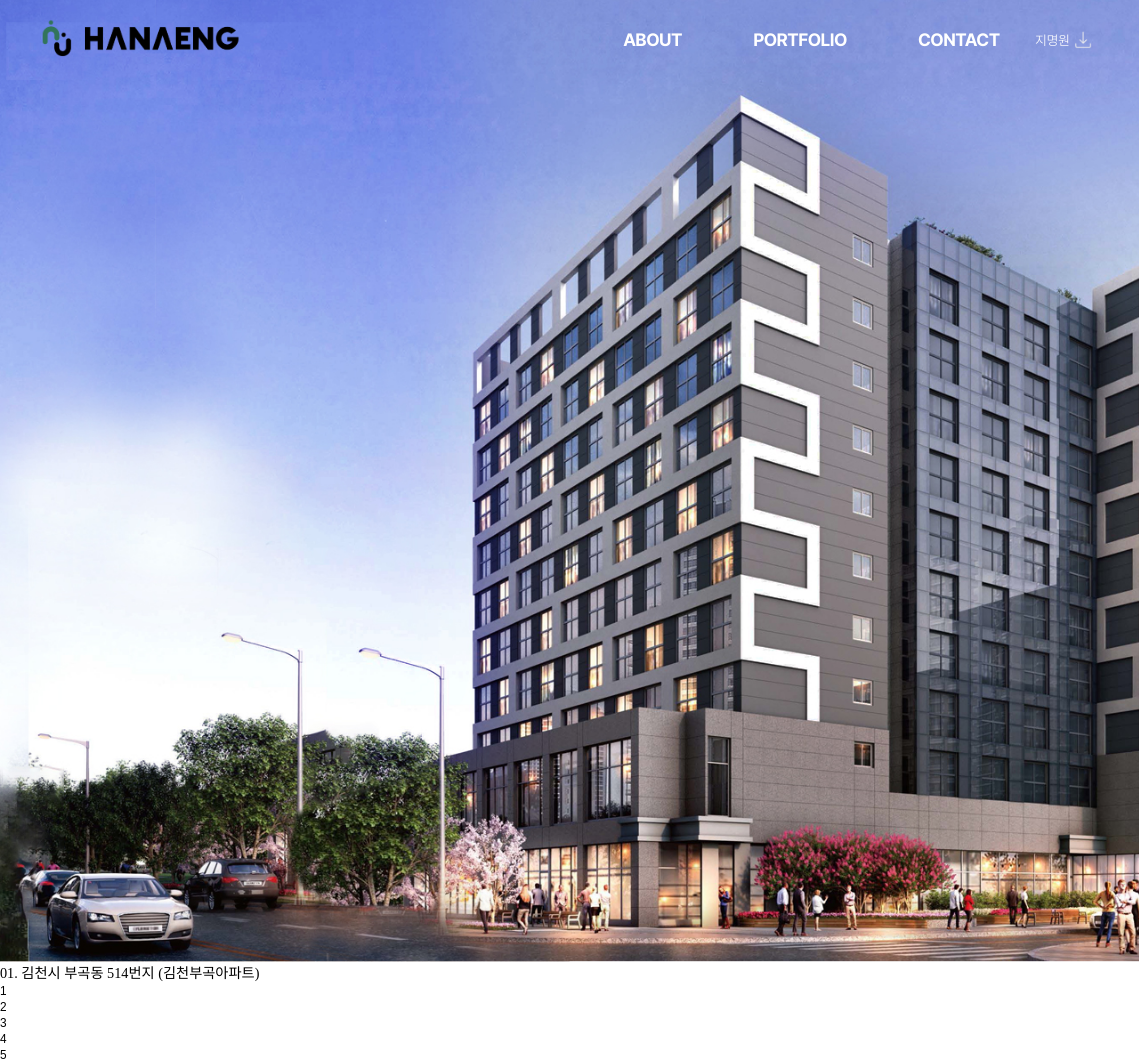
Repository: makeditWeb/hanaenc
Page: main.html
These files come from the project's save history. The page is drawn as it stood at one moment and after the next save; the edit follows.
The browser window is 1280 px wide. The pictures show the whole page, at 89% of full size.
Some web libraries are served in a nearby version.

Above is the page before, as saved 2023-07-05 17:44:28.

After the next save:
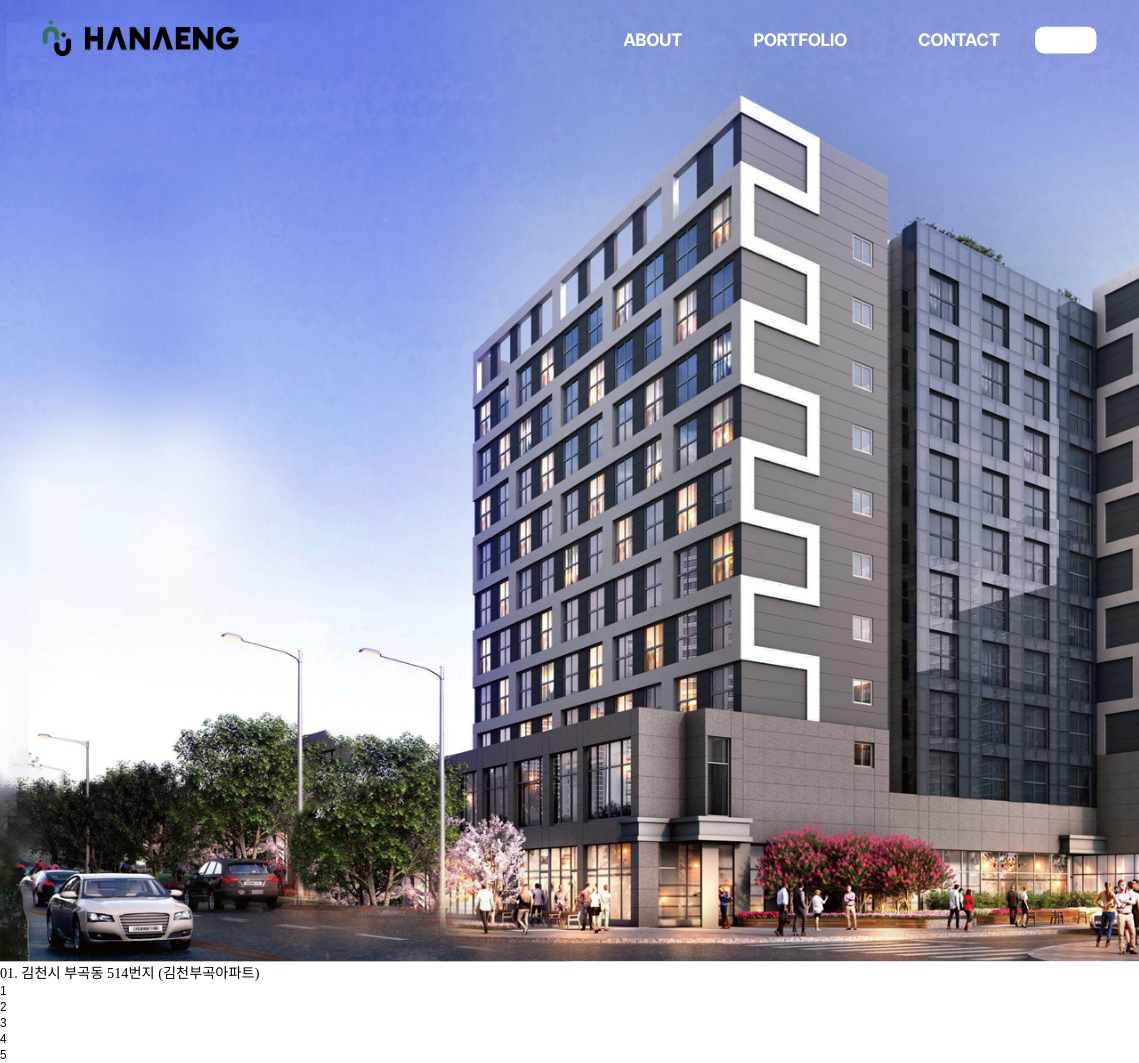
Saved 46 s later.
--- a/css/style.css
+++ b/css/style.css
@@ -288,6 +288,8 @@
 .download_wrap{
     display: flex;
     align-items: center;
+    background-color: #fff;
+    border-radius: 10px;
 }
 
 .download_wrap p{
